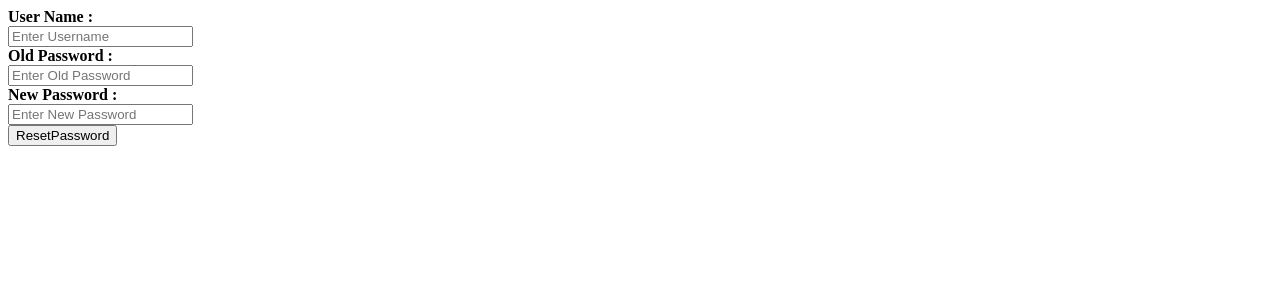
Repository: Shivani2392/FlyAwayProject
Page: http://localhost/FlightBookingPortal/ResetPassword.jsp
The author's editor kept a copy of each file at every save. The page is drawn from the files as they stood at one save, then again after a run of saves.
The browser window is 1280 px wide. The pictures show the whole page.
The page is served by Tomcat 9. Other server files are loaded and not shown.

Above is the page before, as saved 2020-11-22 12:33:55.

### FlightBookingPortal/src/main/webapp/ResetPassword.jsp
<%@ page language="java" contentType="text/html; charset=ISO-8859-1"
    pageEncoding="ISO-8859-1"%>
<!DOCTYPE html>
<html>
<head>
<meta charset="ISO-8859-1">
<title>Insert title here</title>
</head>
<body>
<form action="ResetPassowrd" method="post">

 	  <label for="username"><b>User Name : </b></label><br>
      <input type="text" placeholder="Enter Username" name="username"><br>
      <label for="oldpassword"><b>Old Password : </b></label><br>
      <input type="text" placeholder="Enter Old Password" name="oldpassword"><br>
      <label for="newpassword"><b>New Password : </b></label><br>
      <input type="text" placeholder="Enter New Password" name="newpassword"><br>
      <input type="submit" value="ResetPassword">
</form>



</form>
</body>
</html>

After the next 3 saves:
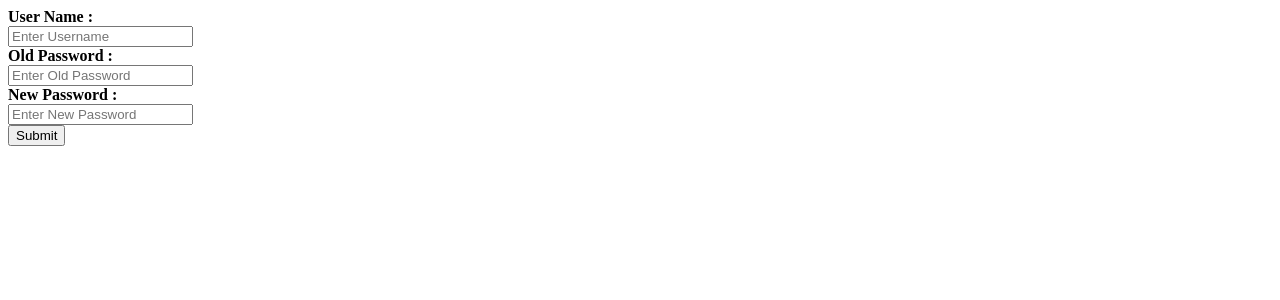
The 3 saves are shown as one change because they came seconds apart.
The last was saved 11 s later.
--- a/FlightBookingPortal/src/main/webapp/ResetPassword.jsp
+++ b/FlightBookingPortal/src/main/webapp/ResetPassword.jsp
@@ -15,7 +15,7 @@
       <input type="text" placeholder="Enter Old Password" name="oldpassword"><br>
       <label for="newpassword"><b>New Password : </b></label><br>
       <input type="text" placeholder="Enter New Password" name="newpassword"><br>
-      <input type="submit" value="ResetPassword">
+      <input type="submit"/>
 </form>
 
 
